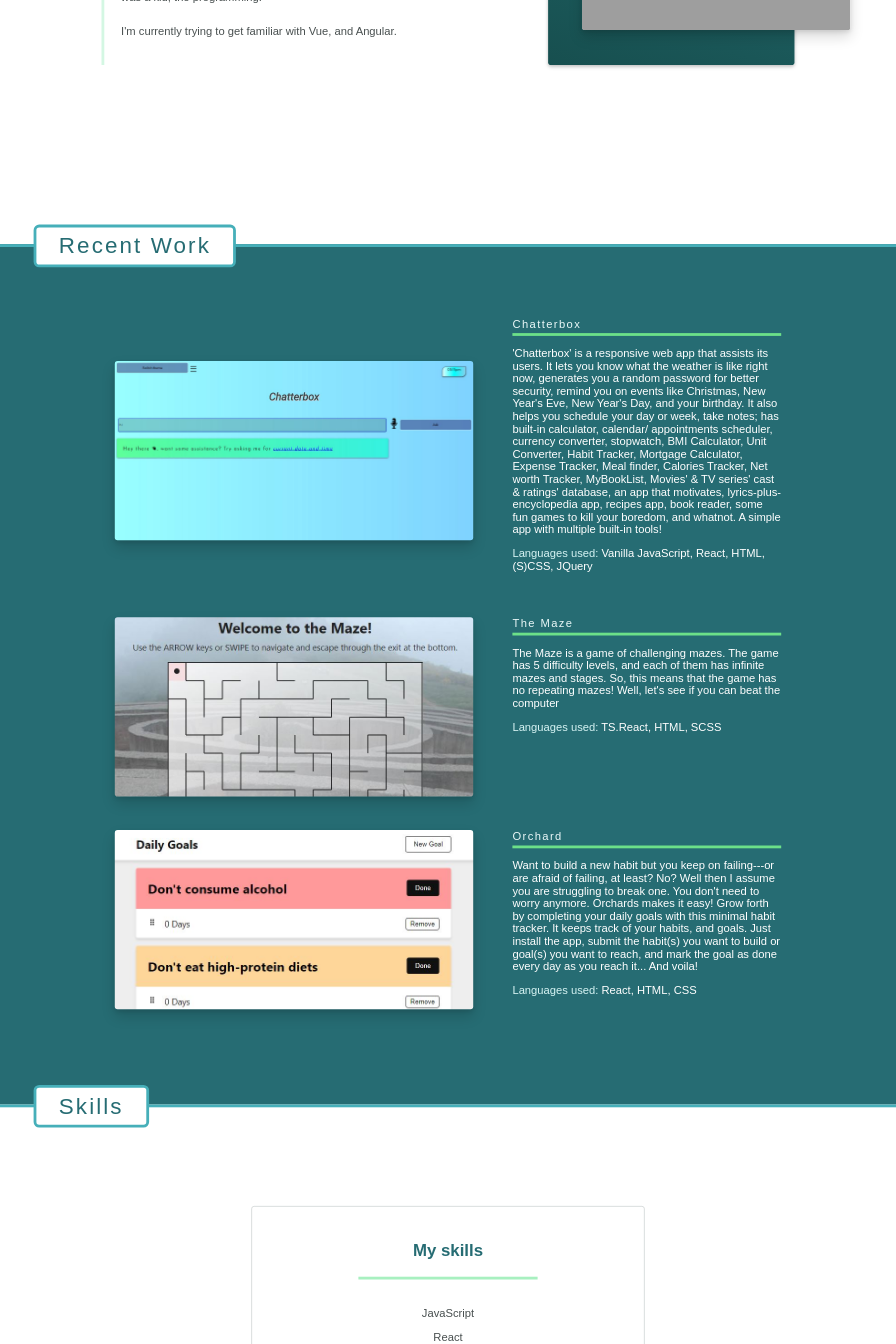
Repository: Abbaskhurram255/port
Page: /
The author's editor kept a copy of each file at every save. The page is drawn from the files as they stood at one save, then again after the next save.
The browser window is 1280 px wide. The pictures show the part of the page from y = 517 to 2437 px (the page is 3086 px tall), at 70% of full size.
Pictures or frames that could not be fetched are drawn as grey boxes. The page's requests for data from a server got no answer. Some web fonts or font styles are not loaded; a fallback is used. Some web libraries are served in a nearby version. The project was rebuilt for these pictures with package versions that can differ from the ones it lists, and the page was loaded fresh each time. No one was signed in, and anything a server would have sent is missing.

Above is the page before, as saved 2021-01-03 19:06:13.

### public/index.html
<!DOCTYPE html>
<html lang="en">
  <head>
    <meta charset="utf-8" />
    <meta
      name="viewport"
      content="width=device-width, initial-scale=1, shrink-to-fit=no"
    />
    <meta name="theme-color" content="#000000" />
    <meta property="og:title" content="Alex' Portfolio" />
    <meta
      property="og:description"
      content="A portfolio of web applications by Alex/ Khurram"
    />
    <meta property="og:url" content="https://www.abbaskhurram255.github.io/" />
    <meta property="og:image" content="/images/portfolio-home.jpg" />
    <title>Alex' Portfolio</title>
    <link
      href="https://fonts.googleapis.com/css?family=Muli:300,400,600,700"
      rel="stylesheet"
    />
    <link
      rel="stylesheet"
      href="https://use.fontawesome.com/releases/v5.4.2/css/all.css"
      integrity="sha384-/rXc/GQVaYpyDdyxK+ecHPVYJSN9bmVFBvjA/9eOB+pb3F2w2N6fc5qB9Ew5yIns"
      crossorigin="anonymous"
    />
  </head>

  <body>
    <noscript>You need to enable JavaScript to run this app.</noscript>
    <div id="root"></div>
  </body>
</html>

### src/index.tsx
import React from "react";
import ReactDOM from "react-dom";
import App from "./App";
import * as serviceWorker from "./serviceWorker";
import "./styles/styles.scss";

ReactDOM.render(<App />, document.getElementById("root"));

// If you want your app to work offline and load faster, you can change
// unregister() to register() below. Note this comes with some pitfalls.
// Learn more about service workers: http://bit.ly/CRA-PWA
serviceWorker.unregister();

### src/App.tsx
import * as React from "react";
import Contact from "./components/Contact";
import Home from "./components/Home";
import Navbar from "./components/Navbar";
import RecentWork from "./components/RecentWork";
import Skills from "./components/Skills";

class App extends React.Component {
  public render() {
    return (
      <div>
        <Navbar />
        <Home />
        <RecentWork />
        <Skills />
        <Contact />
      </div>
    );
  }
}

export default App;

### src/styles/styles.scss
@import "./base/settings";
@import "./base/base";
@import "./components/navbar";
@import "./components/home";
@import "./components/images";
@import "./components/recent-works";
@import "./components/projects";
@import "./components/project";
@import "./components/skills";
@import "./components/skill";
@import "./components/contact";
@import "./components/social";
@import "./components/section-title";

### src/components/Contact.tsx
import * as React from "react";
import utils from "../utils/constants";
import Social from "./Social";
import Title from "./Title";

const { GITHUB_URL, TWITTER_URL } = utils.social;
const { EMAIL } = utils.contact;

const Contact = () => {
  return (
    <div id="contact" className="contact">
      <Title title="Get in Touch" parentComponent="contact" />
      <div className="contact__social-links">
        <p className="contact__brackets">{"{"}</p>
        <Social socialIcon="fab fa-github" socialUrl={GITHUB_URL} />
        <Social socialIcon="fab fa-twitter" socialUrl={TWITTER_URL} />
        <Social socialIcon="fas fa-envelope" socialUrl={`mailto:${EMAIL}`} />
        <p className="contact__brackets">{"}"}</p>
      </div>
    </div>
  );
};

export default Contact;

### src/components/Home.tsx
import * as React from "react";
import Image from "./Image";
import Text from "./Text";
import Title from "./Title";

const Home = () => {
  return (
    <div className="home">
      <div className="home__text-container">
        <Title
          title="<Alex Puth (aka Khurram) />"
          parentComponent="home"
          subTitle="Front-End Developer"
        />
        <Text parentComponent="home" mobile="" />
      </div>
      <Image
        src="/images/headshot.jpg"
        alt="Headshot of Alex Puth"
        parentComponent="home"
      />
      <Text parentComponent="home" mobile="--mobile" />
    </div>
  );
};

export default Home;

### src/components/Navbar.tsx
import * as React from "react";

interface INavbarState {
  linkClass: string;
  isToggled: boolean;
}

class Navbar extends React.Component {
  public state = {
    isToggled: true,
    linkClass: "navbar__link"
  };

  public toggleNav = () => {
    const { isToggled } = this.state;
    this.setState({ isToggled: !isToggled });
    isToggled
      ? this.setState({ linkClass: "navbar__link--show" })
      : this.setState({ linkClass: "navbar__link" });
  };

  public render() {
    return (
      <div className="navbar">
        <a className="navbar__brand" href="#">
          <p className="navbar__brand-text">AP</p>
        </a>
        <i onClick={this.toggleNav} className="fas fa-bars navbar__hamburger" />
        <div className="navbar__link-box">
          <a className={this.state.linkClass} href="#">
            <p className="navbar__link-text">Home</p>
          </a>

          <a className={this.state.linkClass} href="#recent-works">
            <p className="navbar__link-text">Recent Work</p>
          </a>

          <a className={this.state.linkClass} href="#skills">
            <p className="navbar__link-text">Skills</p>
          </a>

          <a className={this.state.linkClass} href="#contact">
            <p className="navbar__link-text">Contact</p>
          </a>
        </div>
      </div>
    );
  }
}
export default Navbar;

### src/components/RecentWork.tsx
import * as React from "react";
import Projects from "./Projects";
import Title from "./Title";

const RecentWork = () => {
  return (
    <div id="recent-works" className="recent-works">
      <Title title="Recent Work" parentComponent="recent-works" />
      <Projects />
    </div>
  );
};

export default RecentWork;

### src/components/Skills.tsx
import * as React from "react";
import Skill from "./Skill";
import Title from "./Title";

const Skills = () => {
  const technicalSkills: string[] = [
    "JavaScript",
    "React",
    "HTML",
    "CSS",
    "SCSS",
    "Git"
  ];

  return (
    <div id="skills" className="skills">
      <Title title={"Skills"} parentComponent="skills" />
      <div className="skills__set-box">
        <Skill title="My skills" skills={technicalSkills} />
      </div>
    </div>
  );
};

export default Skills;

### src/styles/base/_base.scss
html {
  font-size: 62.5%;
  scroll-behavior: smooth;
}

body {
  margin: 0;
  background-color: $white;
}

button {
  cursor: pointer;
}

button:disabled {
  cursor: default;
}

### src/styles/components/_home.scss
.home {
  display: flex;
  flex-direction: column;
  justify-content: space-around;
  margin: $size-10 auto $size-8 auto;
  max-width: 100rem;
  padding: 0 $size-4;
  @media (min-width: $breakpoint-1) {
    margin: $size-10 25% $size-9 25%;
  }
  @media (min-width: $breakpoint-2) {
    flex-direction: row;
    margin: $size-10 auto $size-12 auto;
  }
}

.home__title-box {
  align-items: center;
  display: flex;
  flex-direction: column;
  justify-content: center;
  margin-top: $size-3;
  @media (min-width: $breakpoint-2) {
    margin: 0;
    margin-left: -$size-9;
    align-items: flex-start;
  }
}

.home__title {
  color: $primary-7;
  font-family: $header;
  font-size: $size-6;
  font-weight: 700;
  letter-spacing: 0.3rem;
  line-height: 1;
  margin: 0;
  @media (min-width: $breakpoint-1) {
    font-size: $size-6;
  }
  @media (min-width: $breakpoint-2 - 13) {
    font-size: $size-7;
  }
  @media (min-width: $breakpoint-3) {
    font-size: 7.2rem;
  }
}

.home__subtitle {
  color: $gray-5;
  font-family: $header;
  font-size: $size-4;
  font-weight: 300;
  margin: $size-3 0;
  @media (min-width: $breakpoint-1) {
    font-size: 1.8rem;
  }
  @media (min-width: $breakpoint-2 - 13) {
    font-size: $size-5;
  }
  @media (min-width: $breakpoint-3) {
    font-size: $size-6;
  }
}

.home__text-container {
  display: flex;
  flex-direction: column;
  justify-content: flex-end;
}

.home__text-box {
  border-left: $size-1 solid $secondary-2;
  margin-top: $size-6;
  padding: $size-5 $size-4;
  width: $size-14;
  @media (max-width: $breakpoint-2 - 1) {
    display: none;
  }
}

.home__text-box--mobile {
  border-left: $size-1 solid $secondary-2;
  box-sizing: border-box;
  margin-top: $size-6;
  padding: $size-2;
  width: 100%;
  @media (min-width: $breakpoint-2) {
    display: none;
  }
}

.home__text {
  color: $gray-7;
  font-family: $text;
  font-size: $size-3;
  line-height: 2;
  margin: 0;
  padding: $size-2;
  @media (min-width: $breakpoint-2) {
    font-size: $size-4;
  }
}

.home__text-link {
  @extend .home__text;
  color: $primary-7;
  padding: 0;
  text-decoration: none;
}

.home__text-link:hover {
  color: $primary-5;
}

### src/styles/components/images.scss
.home-image-box {
  background: $gradient-1;
  border-radius: $radius-2;
  box-shadow: $shadow-2;
  padding: $size-3;
  @media (min-width: $breakpoint-2) {
    display: block;
    padding: $size-7;
  }
}

.home-image {
  border-radius: $radius-2;
  box-shadow: $shadow-3;
  margin: 0;
  width: 100%;
  @media (min-width: $breakpoint-2) {
    margin-right: -$size-10;
    height: $size-13;
    width: $size-13;
  }
}

### src/styles/components/_recent-works.scss
.recent-works {
  align-items: center;
  background: $primary-7;
  border-top: $size-1 solid $primary-5;
  display: flex;
  flex-direction: column;
  padding-bottom: $size-2;
  @media (min-width: $breakpoint-1) {
    padding-left: 22%;
    padding-right: 22%;
  }
  @media (min-width: $breakpoint-2) {
    padding: 0;
    padding-bottom: $size-8;
  }
}

.recent-works__title-box {
  background: $white;
  border: $size-1 solid $primary-5;
  border-radius: $size-2;
  display: flex;
  flex-direction: column;
  justify-content: center;
  margin-top: -$size-5;
  padding: $size-2;
  @media (min-width: $breakpoint-2) {
    align-self: flex-start;
    margin-left: $size-7;
    margin-top: -$size-6;
    padding: $size-2 $size-6;
  }
}

.recent-works__title {
  color: $primary-7;
  font-family: $header;
  font-size: $size-4;
  font-weight: 400;
  letter-spacing: 0.3rem;
  margin: 0;
  padding: 0;
  @media (min-width: $breakpoint-2) {
    font-size: $size-6;
  }
}

### src/styles/components/_projects.scss
.projects {
  display: flex;
  flex-direction: column;
  justify-content: space-between;
  margin: $size-4 $size-7;
  width: 100%;
  @media (min-width: $breakpoint-2) {
    margin: $size-7;
    width: 100rem;
  }
}

### src/styles/components/_skills.scss
.skills {
  align-items: center;
  border-top: $size-1 solid $primary-5;
  display: flex;
  flex-direction: column;
  padding-bottom: $size-8;
  @media (min-width: $breakpoint-1) {
    padding-left: 20%;
    padding-right: 20%;
  }
  @media (min-width: $breakpoint-2) {
    padding: 0;
    padding-bottom: $size-8;
  }
}

.skills__title-box {
  background: $white;
  border: $size-1 solid $primary-5;
  border-radius: $size-2;
  display: flex;
  flex-direction: column;
  justify-content: center;
  margin-top: -$size-5;
  padding: $size-2;
  @media (min-width: $breakpoint-2) {
    align-self: flex-start;
    margin-left: $size-7;
    margin-top: -$size-6;
    padding: $size-2 $size-6;
  }
}

.skills__title {
  color: $primary-7;
  font-family: $header;
  font-size: $size-4;
  font-weight: 400;
  letter-spacing: 0.3rem;
  margin: 0;
  padding: 0;
  @media (min-width: $breakpoint-2) {
    font-size: $size-6;
  }
}

.skills__set-box {
  display: flex;
  flex-direction: column;
  justify-content: space-around;
  margin: 0;
  width: 100%;
  @media (min-width: $breakpoint-2) {
    flex-direction: row;
    margin: $size-9 $size-7;
    width: 100rem;
  }
}

### src/styles/components/_skill.scss
.skill {
  align-items: center;
  border: 1px solid $gray-3;
  border-radius: $radius-2;
  display: flex;
  flex-direction: column;
  margin: $size-4 auto;
  padding: $size-5;
  width: 80%;
  @media (min-width: $breakpoint-2) {
    margin: $size-4;
    padding: $size-5;
    width: $size-14;
  }
}

.skill__title-box {
  border-bottom: $size-1 solid $secondary-3;
  display: flex;
  justify-content: center;
  padding: 0;
  width: 100%;
  @media (min-width: $breakpoint-2) {
    width: $size-12;
  }
}

.skill__title {
  color: $primary-7;
  font-family: $text;
  font-size: $size-4;
  @media (min-width: $breakpoint-2) {
    font-size: $size-5;
  }
}

.skill__box {
  padding-top: $size-5;
  width: 100%;
}

.skill__name {
  color: $gray-7;
  font-family: $text;
  font-size: $size-4;
  text-align: center;
}

### src/styles/components/_contact.scss
.contact {
  align-items: center;
  border-top: $size-1 solid $primary-5;
  display: flex;
  flex-direction: column;
  background: #266c73;
}

.contact__title-box {
  background: $white;
  border: $size-1 solid $primary-5;
  border-radius: $size-2;
  display: flex;
  flex-direction: column;
  justify-content: center;
  margin-top: -$size-5;
  padding: $size-2 $size-6;
  @media (min-width: $breakpoint-2) {
    align-self: flex-start;
    margin-left: $size-7;
    margin-top: -$size-6;
  }
}

.contact__title {
  color: $primary-7;
  font-family: $header;
  font-size: $size-4;
  font-weight: 400;
  letter-spacing: 0.3rem;
  margin: 0;
  padding: 0;
  @media (min-width: $breakpoint-2) {
    font-size: $size-6;
  }
}

.contact__social-links {
  display: flex;
  color: rgb(48, 25, 25);
  margin: $size-8 0 $size-9 0;
}

.contact__brackets {
  color: $secondary-3;
  font-family: $text;
  font-size: $size-8;
  font-weight: 300;
  line-height: 0.5;
  margin: 0 $size-4;
  padding: 0;
  @media (min-width: $breakpoint-2) {
    display: block;
    font-size: $size-10;
  }
}

.fas:not(.navbar__hamburger), .fab {
  color: whitesmoke;
}

### src/styles/components/_social.scss
.social {
  color: $primary-5;
  font-size: $size-5;
  margin: $size-3;
  outline: none;
  transition-property: color, transform;
  transition-duration: 0.1s;
  transition-timing-function: ease;
  @media (min-width: $breakpoint-2) {
    font-size: $size-7;
    margin: $size-5;
  }
}

.social:hover,
.social:focus {
  color: $primary-6;
  transform: scale(1.2);
}

### src/styles/components/_section-title.scss
.section-title__box {
  align-self: flex-start;
  background: $white;
  border: $size-1 solid $primary-8;
  border-radius: $size-2;
  display: flex;
  flex-direction: column;
  justify-content: center;
  margin: -$size-6 0 0 $size-7;
  padding: $size-2 $size-6;
}

.section-title {
  color: $primary-7;
  font-family: $header;
  font-size: $size-6;
  font-weight: 400;
  letter-spacing: 0.3rem;
  margin: 0;
  padding: 0;
}

### src/utils/constants.ts
export default {
  contact: {
    EMAIL: process.env.REACT_APP_EMAIL || "abbaskhuram255@gmail.com"
  },
  social: {
    GITHUB_URL:
      process.env.REACT_APP_GITHUB_URL || "https://github.com/abbaskhurram255",
    TWITTER_URL:
      process.env.REACT_APP_TWITTER_URL || "https://twitter.com/alexputh255",
  }
};

### src/components/Social.tsx
import * as React from "react";

interface ISocialProps {
  socialIcon: string;
  socialUrl: string;
}

const Social = (props: ISocialProps) => {
  const { socialIcon, socialUrl } = props;
  return (
    <a
      href={socialUrl}
      rel="noopener noreferrer"
      className="social"
      target="_blank"
    >
      <i className={socialIcon} />
    </a>
  );
};

export default Social;

### src/components/Title.tsx
import * as React from "react";

interface ITitleProps {
  title: string;
  parentComponent: string;
  subTitle?: string;
}

const Title = (props: ITitleProps) => {
  const { title, subTitle, parentComponent: component } = props;
  return (
    <div className={`${component}__title-box`}>
      <h1 className={`${component}__title`}>{title}</h1>
      {subTitle && <h2 className={`${component}__subtitle`}>{subTitle}</h2>}
    </div>
  );
};

export default Title;

### src/components/Image.tsx
import * as React from "react";

interface IImageProps {
  src: string;
  alt: string;
  parentComponent: string;
}

const Image = (props: IImageProps) => {
  const { src, alt, parentComponent: component } = props;
  return (
    <div className={`${component}-image-box`}>
      <img src={`/Portfolio${src}`} alt={alt} className={`${component}-image`} />
    </div>
  );
};

export default Image;

### src/components/Text.tsx
import * as React from "react";

interface ITextProps {
  parentComponent: string;
  mobile: string;
}

const Text = (props: ITextProps) => {
  const { parentComponent: component, mobile } = props;
  return (
    <div className={`${component}__text-box${mobile}`}>
      <p className={`${component}__text`}>
        Hi, my name is Alex, and I'm a frontend developer. I love using
        functional programming concepts in JavaScript and building web
        applications with it. I'm a coding enthusiast. I've been creating web
        applications since I was 13 - I'm 19 now. It's been my hobby
        since I was a kid, the programming. {" "}
      </p>
      <p className={`${component}__text`}>I'm currently
        trying to get familiar with Vue, and Angular.</p>
    </div>
  );
};

export default Text;

### src/components/Projects.tsx
import * as React from "react";
import { projects } from "../utils/data";
import Project from "./Project";

const Projects = () => (
  <div className="projects">
    {projects.map(project => (
      <Project
        project={project.name}
        projectDescription={project.description}
        projectSourceCode={project.sourceCode}
        projectTools={project.tools}
        projectUrl={project.url}
        image={project.image}
        androidVLink={project.androidVLink}
        key={project.name}
      />
    ))}
  </div>
);

export default Projects;

### src/components/Skill.tsx
import * as React from "react";

interface ISkillProps {
  skills: string[];
  title: string;
}

const DeveloperSkills = (props: ISkillProps) => {
  const { skills, title } = props;
  return (
    <div className="skill">
      <div className="skill__title-box">
        <h3 className="skill__title">{title}</h3>
      </div>
      <div className="skill__box">
        {skills.map((skill: string) => (
          <p className="skill__name" key={skill}>
            {skill}
          </p>
        ))}
      </div>
    </div>
  );
};

export default DeveloperSkills;

### src/utils/data.ts

interface IProject {
  description: string;
  image: string;
  name: string;
  androidVLink: string;
  sourceCode: string;
  tools: string;
  url: string;
}

export const projects: IProject[] = [
  {
    description:
      "'Chatterbox' is a responsive web app that assists its users. It lets you know what the weather is like right now, generates you a random password for better security, remind you on events like Christmas, New Year's Eve, New Year's Day, and your birthday. It also helps you schedule your day or week, take notes; has built-in calculator, calendar/ appointments scheduler, currency converter, stopwatch, BMI Calculator, Unit Converter, Habit Tracker, Mortgage Calculator, Expense Tracker, Meal finder, Calories Tracker, Net worth Tracker, MyBookList, Movies' & TV series' cast & ratings' database, an app that motivates, lyrics-plus-encyclopedia app, recipes app, book reader, some fun games to kill your boredom, and whatnot. A simple app with multiple built-in tools!",
    image: "meal to list",
    name: "Chatterbox",
    androidVLink: "about:blank",
    sourceCode: "https://github.com/Abbaskhurram255/Chatterbox/",
    tools: "Vanilla JavaScript, React, HTML, (S)CSS, JQuery",
    url: "https://abbaskhurram255.github.io/Chatterbox/getting-started"
  },
  {
    description:
      "The Maze is a game of challenging mazes. The game has 5 difficulty levels, and each of them has infinite mazes and stages. So, this means that the game has no repeating mazes! Well, let's see if you can beat the computer",
    image: "maze",
    name: "The Maze",
    androidVLink: "https://github.com/Abbaskhurram255/maze/raw/main/public/android/the-maze.apk?raw=true",
    sourceCode: "https://github.com/Abbaskhurram255/maze/",
    tools: "TS.React, HTML, SCSS",
    url: "https://alexs-maze-game.netlify.app"
  },
  {
    description:
      "Want to build a new habit but you keep on failing---or are afraid of failing, at least? No? Well then I assume you are struggling to break one. You don't need to worry anymore. Orchards makes it easy! Grow forth by completing your daily goals with this minimal habit tracker. It keeps track of your habits, and goals. Just install the app, submit the habit(s) you want to build or goal(s) you want to reach, and mark the goal as done every day as you reach it... And voila!",
    image: "orchard",
    name: "Orchard",
    androidVLink: "https://github.com/Abbaskhurram255/habit-builder/raw/main/android/orchard.apk?raw=true",
    sourceCode: "https://github.com/Abbaskhurram255/habit-builder",
    tools: "React, HTML, CSS",
    url: "https://abbaskhurram255.github.io/habit-builder"
  }
];

Loaded but not shown: src/serviceWorker.ts (common file); src/styles/components/_project.scss (148 lines, source omitted); src/styles/base/_settings.scss (89 lines, source omitted); src/styles/components/_navbar.scss (137 lines, source omitted); src/components/Project.tsx (95 lines, source omitted)

After the next save:
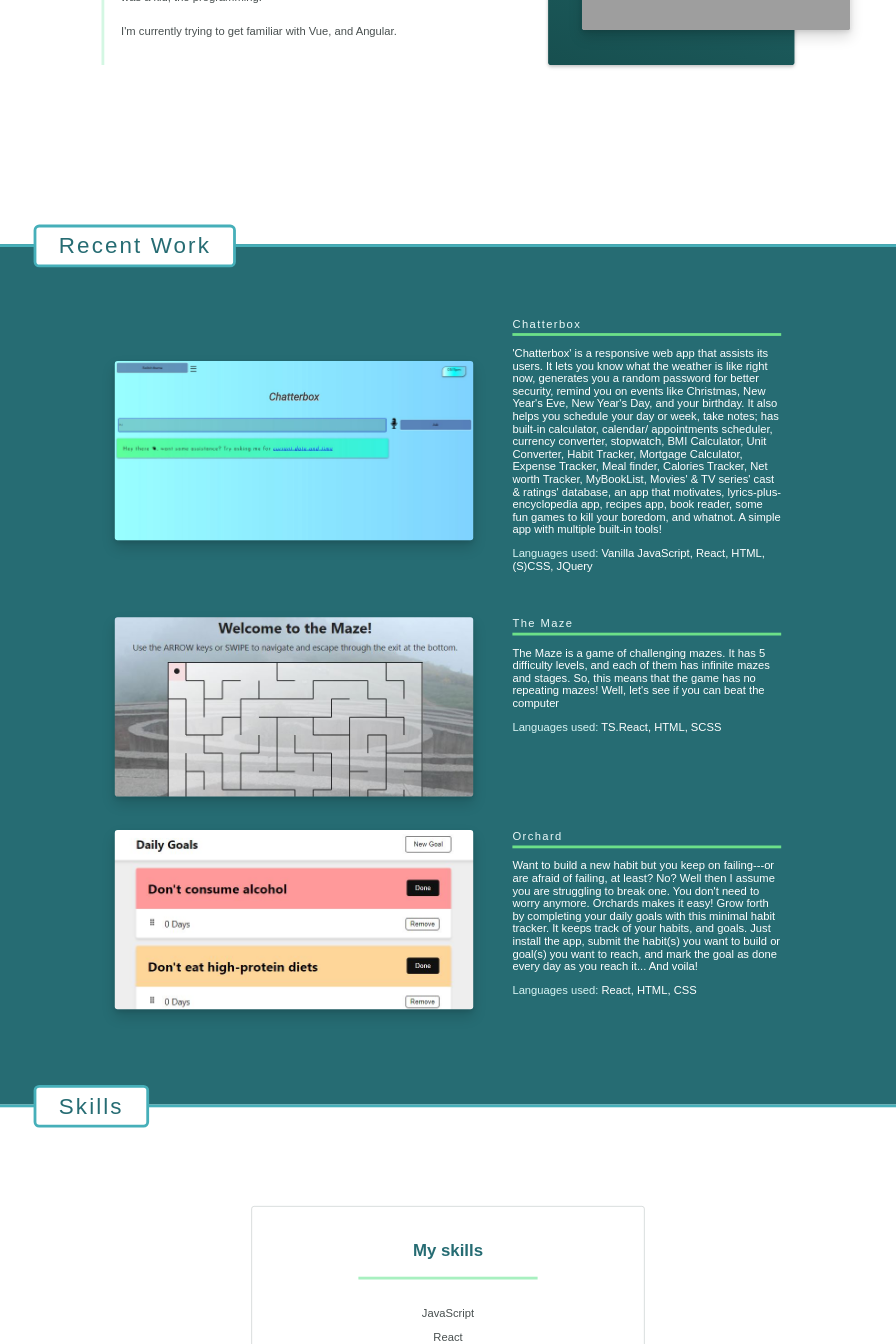
Saved 3 min 36 s later.
--- a/src/utils/data.ts
+++ b/src/utils/data.ts
@@ -22,7 +22,7 @@
   },
   {
     description:
-      "The Maze is a game of challenging mazes. The game has 5 difficulty levels, and each of them has infinite mazes and stages. So, this means that the game has no repeating mazes! Well, let's see if you can beat the computer",
+      "The Maze is a game of challenging mazes. It has 5 difficulty levels, and each of them has infinite mazes and stages. So, this means that the game has no repeating mazes! Well, let's see if you can beat the computer",
     image: "maze",
     name: "The Maze",
     androidVLink: "https://github.com/Abbaskhurram255/maze/raw/main/public/android/the-maze.apk?raw=true",
